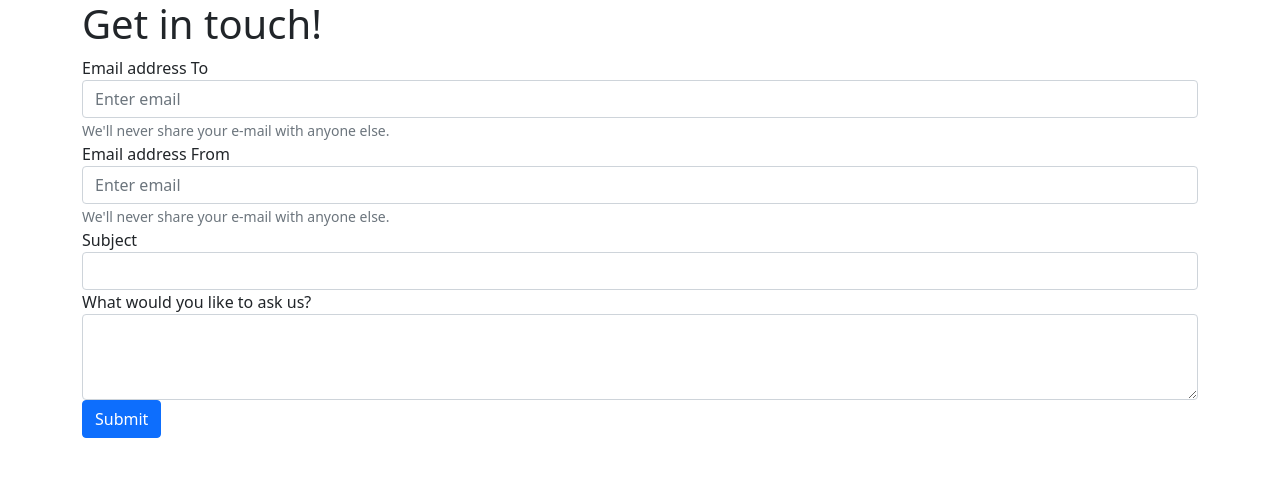
Repository: Akhilanishith/phpprojectgh
Page: http://localhost/contactform-miniproject.php
An editor plug-in stored every save of this project. The page is shown before and after a run of saves, followed by the edit.
The browser window is 1280 px wide. The pictures show the whole page.
The page is run by PHP 8.4 with error messages shown; the project is at /var/www/html/.

Above is the page before, as saved 2022-12-14 14:18:12.

### contactform-miniproject.php
<?php
$error = "";

$successMessage = "";

if($_POST) {
    if(!$_POST["email"]) {
        $error .= "An email address is required<br>";
    }

    if(!$_POST["content"]) {
        $error .= "The content field is required.<br>";
    }

    if(!$_POST["subject"]) {
        $error .= "The subject is required.<br>";
    }

    if($_POST["email"] && filter_var($_POST["email"], FILTER_VALIDATE_EMAIL) === false) {
        $error .= "The email address is invalid.<br>";
    }

    //check if there are errors

    if($error != "") {
        $error = '<div class="alert alert-danger" role="alert"><p>There were error(s) in your form:</p>' . $error . '</div>';
    }
    else {  //email address is good!
        $emailTo = "To: " . $_POST['emailto'];
        $subject = $_POST['subject'];
        $content = $_POST['content'];
        $headers = "From: " . $_POST['email'];

        //try sending the mail
        if(mail($emailTo, $subject, $content, $headers)) {
            $successMessage = '<div class="alert alert-success" role="alert">Your message was sent, ' .
                            'we\'ll get back to you ASAP!</div>';
        }
        else {
            $error = '<div class="alert alert-danger" role="alert">Your message couldn\'t be sent - try again later</div>';
        }//end if mail function succeeded or failed
    }//end else for the if $error != ""

}//end if $_POST

?>


<!DOCTYPE html>

<html lang="en">
<head>
    <meta charset="utf-8">
    <meta name="viewport" content="width=device-width, initial-scale=1, shrink-to-fit=no">
    <meta http-equiv="x-ua-compatible" content="ie=edge">

    <link href="https://cdn.jsdelivr.net/npm/bootstrap@5.1.3/dist/css/bootstrap.min.css"
          rel="stylesheet"
          integrity="sha384-1BmE4kWBq78iYhFldvKuhfTAU6auU8tT94WrHftjDbrCEXSU1oBoqyl2QvZ6jIW3"
          crossorigin="anonymous">

</head>
<body>
    <div class="container">
        <h1>Get in touch!</h1>
        <div id="error"><?php echo $error.$successMessage; ?></div>

        <form method="post">
            <fieldset class="form-group">
                <label for="email">Email address To </label>
                <input type="email" class="form-control" id="email" name="emailto" placeholder="Enter email">
                <small class="text-muted">We'll never share your e-mail with anyone else.</small>
            </fieldset>
              <fieldset class="form-group">
                <label for="email">Email address From</label>
                <input type="email" class="form-control" id="email" name="email" placeholder="Enter email">
                <small class="text-muted">We'll never share your e-mail with anyone else.</small>
            </fieldset>

            <fieldset class="form-group">
                <label for="subject">Subject </label>
                <input type="text" class="form-control" id="subject" name="subject">
            </fieldset>

            <fieldset class="form-group">
                <label for="content">What would you like to ask us?</label>
                <textarea class="form-control" id="content" name="content" rows="3"></textarea>
            </fieldset>

            <button type="submit" id="submit" class=" btn btn-primary">Submit</button>
        </form><!-- end of the form -->
    </div><!-- end of container div -->

    <script src="https://code.jquery.com/jquery-3.6.0.min.js"></script>
    <script src="https://cdn.jsdelivr.net/npm/bootstrap@5.1.3/dist/js/bootstrap.min.js"
            integrity="sha384-QJHtvGhmr9XOIpI6YVutG+2QOK9T+ZnN4kzFN1RtK3zEFEIsxhlmWl5/YESvpZ13"
            crossorigin="anonymous">
    </script>

    <script type="text/javascript">
        $("form").submit(function(e) {
            let error = "";

            if($("#email").val() == "") {
                error += "The email field is required<br>.";
            }

            if($("#subject").val() == "") {
                error += "The subject field is required.<br>";
            }

            if($("#content").val() == "") {
                error += "The content field is required.<br>";
            }
            //test if there was an error or not

            if(error != "") {
                $("#error").html('<div class="alert alert-danger"' +
                'role="alert"><p><strong>There were error(s) in your form:</strong></p>' + error + '</div>');

                return false;
            }
            else {  //no errors!
                return true;
            }//end if-else

        });
    </script>

</body>
</html>

After the next 3 saves:
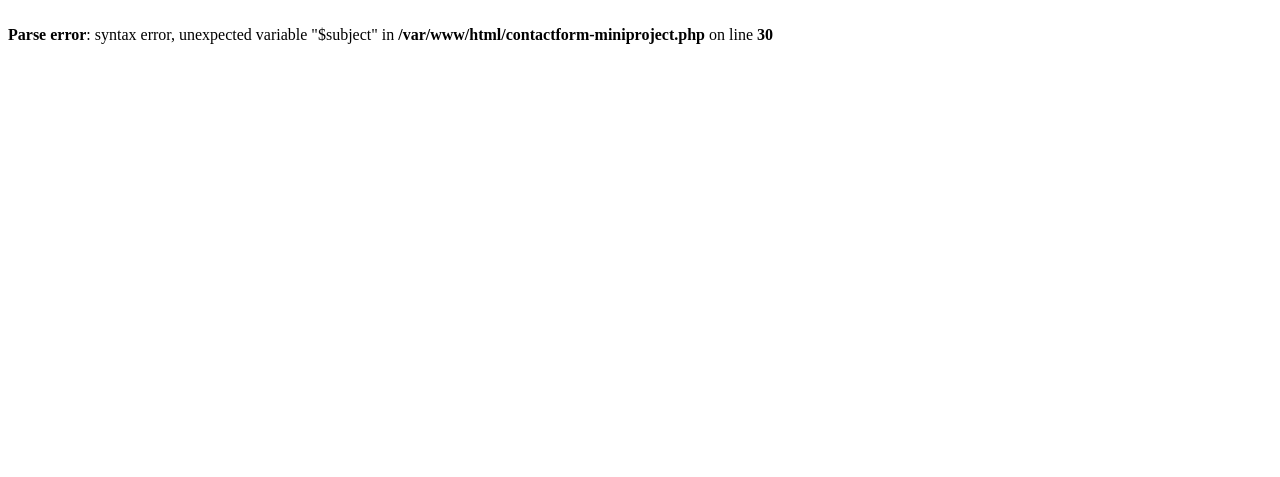
The 3 saves are shown as one change because they came seconds apart.
The last was saved 22 min 24 s later.
--- a/contactform-miniproject.php
+++ b/contactform-miniproject.php
@@ -26,7 +26,7 @@
         $error = '<div class="alert alert-danger" role="alert"><p>There were error(s) in your form:</p>' . $error . '</div>';
     }
     else {  //email address is good!
-        $emailTo = "To: " . $_POST['emailto'];
+        $emailTo = anish
         $subject = $_POST['subject'];
         $content = $_POST['content'];
         $headers = "From: " . $_POST['email'];
